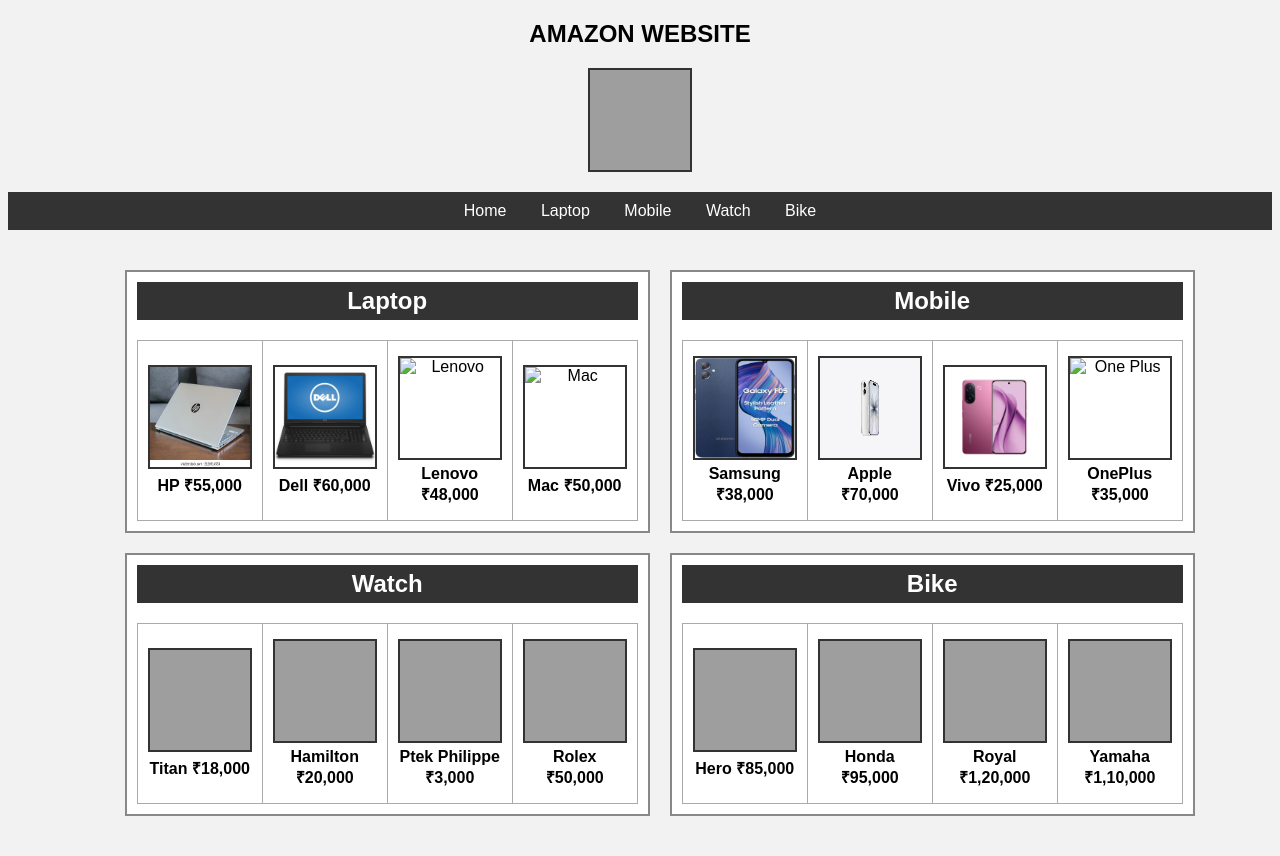
Repository: Glory998/ELCE1-32
Page: amazonitems.html
An editor plug-in stored every save of this project. The page is shown before and after the next save, followed by the edit.
The browser window is 1280 px wide. The pictures show the whole page.
Pictures or frames that could not be fetched are drawn as grey boxes.

Above is the page before, as saved 2025-11-08 12:42:02.
Not found: one plus image.html

### amazonitems.html
<!DOCTYPE html>
<html>
<head>
    <title>Amazon Website</title>
    <style>
        body {
            font-family: Arial;
            background: #f0f0f0;
            text-align: center;
        }
        img {
            border: 2px solid #333;
            margin-top: 15px;
        }
        ul {
            list-style: none;
            margin: 20px 0;
            padding: 0;
            background: #333;
        }
        li {
            display: inline-block;
            position: relative;
        }
        li a {
            color: white;
            text-decoration: none;
            padding: 10px 15px;
            display: block;
        }
        li a:hover {
            background: #555;
        }
        .dropdown-content {
            display: none;
            position: absolute;
            background: white;
            min-width: 120px;
        }
        .dropdown-content a {
            color: black;
            padding: 8px 10px;
            display: block;
        }
        .dropdown:hover .dropdown-content {
            display: block;
        }
    </style>
</head>
<body>

<h2>AMAZON WEBSITE</h2>
<img src="https://thumbs.dreamstime.com/b/amazon-logo-white-background-montreal-canada-july-printed-paper-98221126.jpg" width="300" height="200" alt="Amazon Image">

<ul>
    <li><a href="#">Home</a></li>
    <li class="dropdown">
        <a href="#">Laptop</a>
        <div class="dropdown-content">
            <a href="#">HP</a>
            <a href="#">Dell</a>
            <a href="#">Mac</a>
            <a href="#">Lenovo</a>
        </div>
    </li>
    <li class="dropdown">
        <a href="#">Mobile</a>
        <div class="dropdown-content">
            <a href="#">Samsung</a>
            <a href="#">Apple</a>
            <a href="#">OnePlus</a>
            <a href="#">Vivo</a>
        </div>
    </li>
    <li class="dropdown">
         <a href="#">Watch</a>
         <div class="dropdown-content">
            <a href="#">Titan</a>
            <a href="#">Hamilton</a>
            <a href="#">Ptek Philippe</a>
            <a href="#">Rolex</a>
        </div>
        </li>
    <li class="dropdown">
        <a href="#">Bike</a>
        <div class="dropdown-content">
            <a href="#">Hero</a>
            <a href="#">Honda</a>
            <a href="#">Royal</a>
            <a href="#">Yamaha</a>
        </div>
        </li>
</ul>
<div class="container">
  <style>
    body {
      font-family: Arial;
      background: #f2f2f2;
      text-align: center;
    }
    h1 {
      background: #222;
      color: white;
      padding: 10px;
    }
    .container {
      display: grid;
      grid-template-columns: 1fr 1fr;
      gap: 20px;
      width: 90%;
      margin: 20px auto;
    }
    .section {
      background: white;
      border: 2px solid #888;
      padding: 10px;
    }
    .section h2 {
      background: #333;
      color: white;
      padding: 5px;
      margin-top: 0;
    }
    table {
      margin: 0 auto;
      border-collapse: collapse;
      width: 90%;
    }
    td {
      border: 1px solid #aaa;
      width: 25%;
      padding: 10px;
    }
    img {
      width: 100px;
      height: 100px;
      display: block;
      margin: 5px auto;
    }
    p {
      margin: 5px 0;
      font-weight: bold;
    }
  </style>
</head>
<body>
<div class="container">

    <!-- Laptop Table -->
    <div class="section">
      <h2>Laptop</h2>
      <table>
        <tr>
          <td><img src="hp laptop.webp" alt="HP"><p>HP ₹55,000</p></td>
          <td><img src="dell laptop image.jpeg" alt="Dell"><p>Dell ₹60,000</p></td>
          <td><img src="" alt="Lenovo"><p>Lenovo ₹48,000</p></td>
          <td><img src="" alt="Mac"><p>Mac ₹50,000</p></td>
        </tr>
      </table>
    </div>
     <!-- Mobile Table -->
    <div class="section">
      <h2>Mobile</h2>
      <table>
        <tr>
          <td><img src="samsumg mobile.webp" alt="Samsung"><p>Samsung ₹38,000</p></td>
          <td><img src="apple phone.webp" alt="Apple"><p>Apple ₹70,000</p></td>
          <td><img src="vivo phone.webp" alt=""><p>Vivo ₹25,000</p></td>
          <td><img src="one plus image.html" alt="One Plus"><p>OnePlus ₹35,000</p></td>
        </tr>
      </table>
    </div>
    <!-- Watch Table -->
    <div class="section">
      <h2>Watch</h2>
      <table>
        <tr>
          <td><img src="b6493008-b519-45e1-ab38-4d1b7a68982c._CR0,0,300,300_PT0_SX300_V1.jpeg" alt="Titan"><p>Titan ₹18,000</p></td>
          <td><img src="OIP (2).webp" alt="Hamilton"><p>Hamilton ₹20,000</p></td>
          <td><img src="OIP (3).webp" alt="Ptek Philippe"><p>Ptek Philippe ₹3,000</p></td>
          <td><img src="rolex-datejust-watch-3d-model-01.jpg" alt="Rolex"><p>Rolex ₹50,000</p></td>
        </tr>
      </table>
    </div>

    <!-- Bike Table -->
    <div class="section">
      <h2>Bike</h2>
      <table>
        <tr>
          <td><img src="OIP (4).webp" alt="Hero"><p>Hero ₹85,000</p></td>
          <td><img src="f234f0bc80ae2fd8309c06e5cd4c4fca.jpg" alt="Honda"><p>Honda ₹95,000</p></td>
          <td><img src="OIP (5).webp" alt="Royal"><p>Royal ₹1,20,000</p></td>
          <td><img src="r15_darknight.avif" alt="Yamaha"><p>Yamaha ₹1,10,000</p></td>
        </tr>
      </table>
    </div>
</div>
</body>
</html>

After the next save:
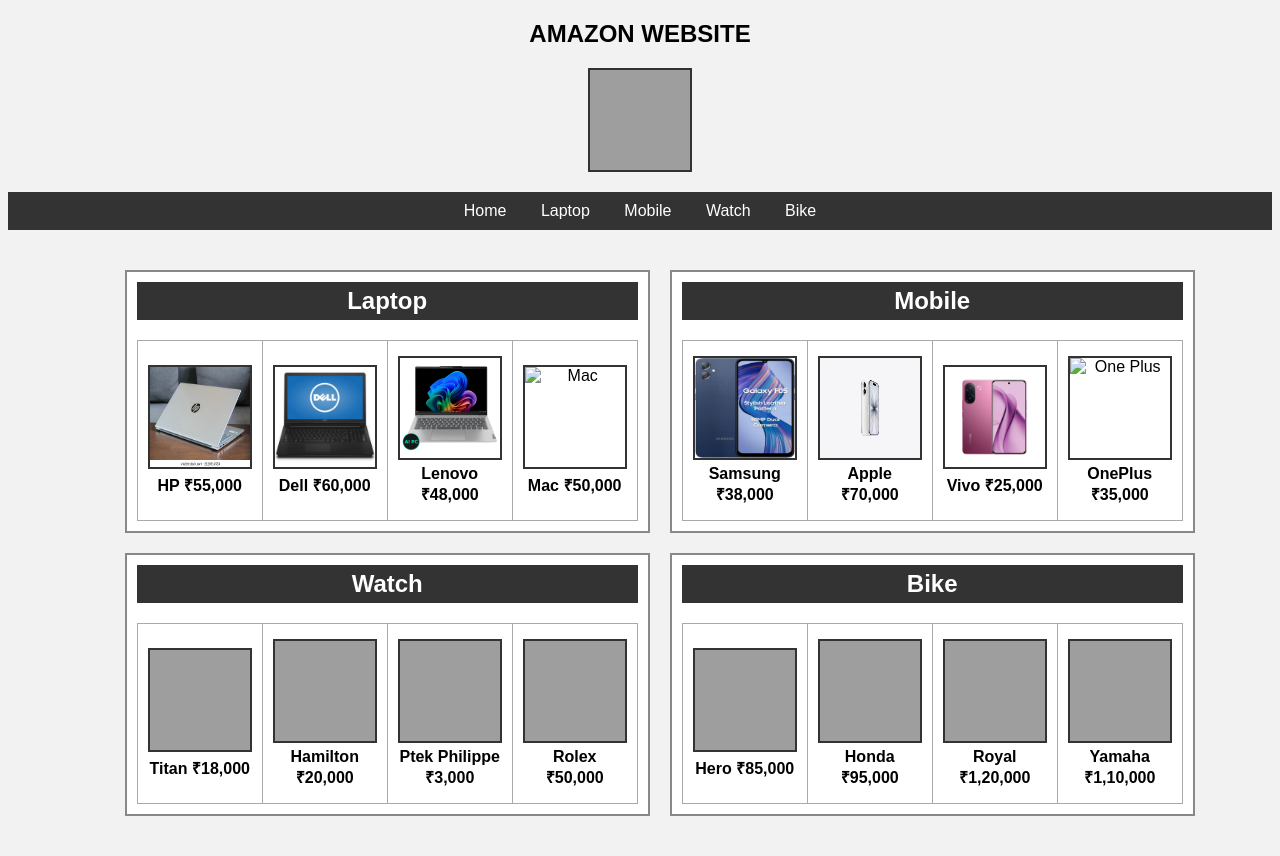
Saved 2 min 49 s later.
--- a/amazonitems.html
+++ b/amazonitems.html
@@ -153,7 +153,7 @@
         <tr>
           <td><img src="hp laptop.webp" alt="HP"><p>HP ₹55,000</p></td>
           <td><img src="dell laptop image.jpeg" alt="Dell"><p>Dell ₹60,000</p></td>
-          <td><img src="" alt="Lenovo"><p>Lenovo ₹48,000</p></td>
+          <td><img src="lanovo image.webp" alt="Lenovo"><p>Lenovo ₹48,000</p></td>
           <td><img src="" alt="Mac"><p>Mac ₹50,000</p></td>
         </tr>
       </table>
